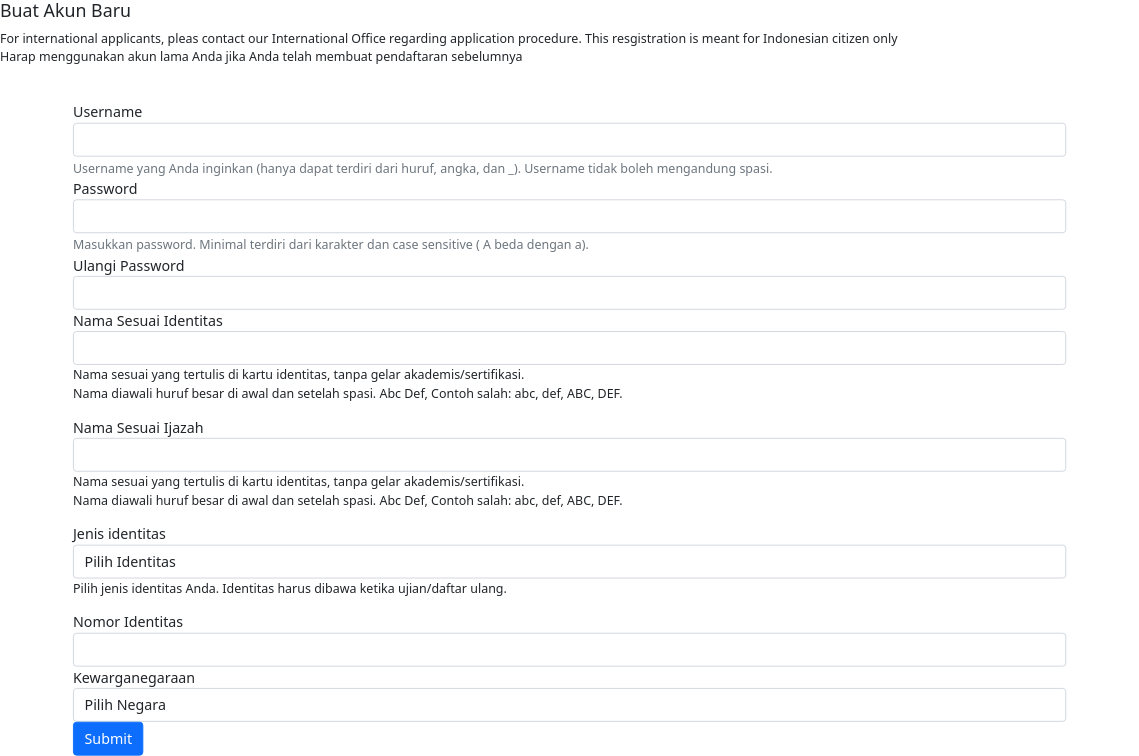
Repository: Irantsitumorang/projectRepo1
Page: BelajarJS/LatihanHTML/WebContent/regist.html
The author's editor kept a copy of each file at every save. The page is drawn from the files as they stood at one save, then again after the next save.
The browser window is 1280 px wide. The pictures show the whole page, at 89% of full size.

Above is the page before, as saved 2021-06-25 07:34:47.

After the next save:
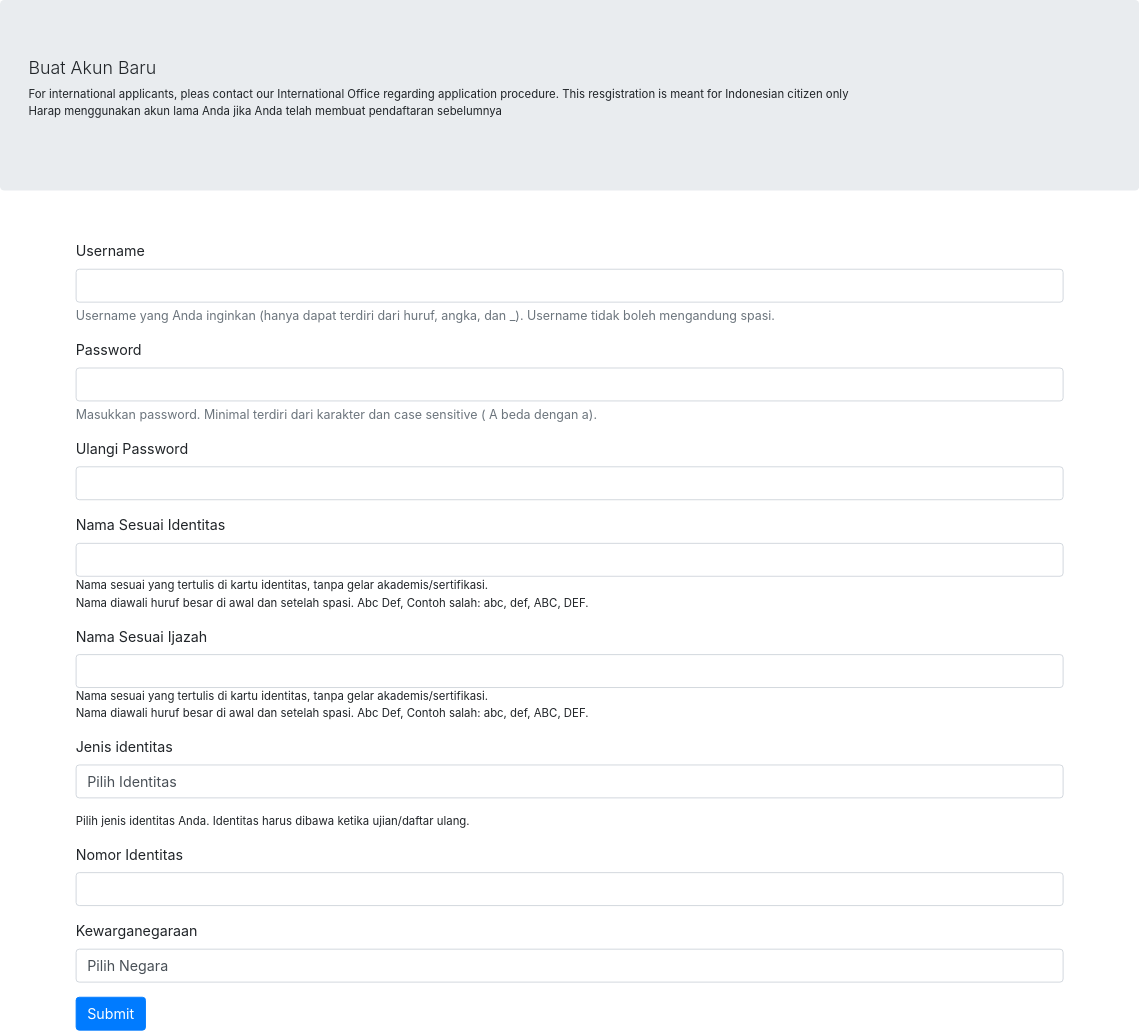
Saved 39 s later.
--- a/BelajarJS/LatihanHTML/WebContent/regist.html
+++ b/BelajarJS/LatihanHTML/WebContent/regist.html
@@ -5,7 +5,7 @@
 
     <title> Validasi </title>
     <link href="https://cdn.jsdelivr.net/npm/bootstrap@5.0.2/dist/css/bootstrap.min.css" rel="stylesheet">
-    <script src="https://cdn.jsdelivr.net/npm/bootstrap@5.0.2/dist/js/bootstrap.bundle.min.js" crossorigin="anonymous"></script>
+   <link rel="stylesheet" href="https://stackpath.bootstrapcdn.com/bootstrap/4.4.1/css/bootstrap.min.css" integrity="sha384-Vkoo8x4CGsO3+Hhxv8T/Q5PaXtkKtu6ug5TOeNV6gBiFeWPGFN9MuhOf23Q9Ifjh" crossorigin="anonymous">
 
 </head>
 
